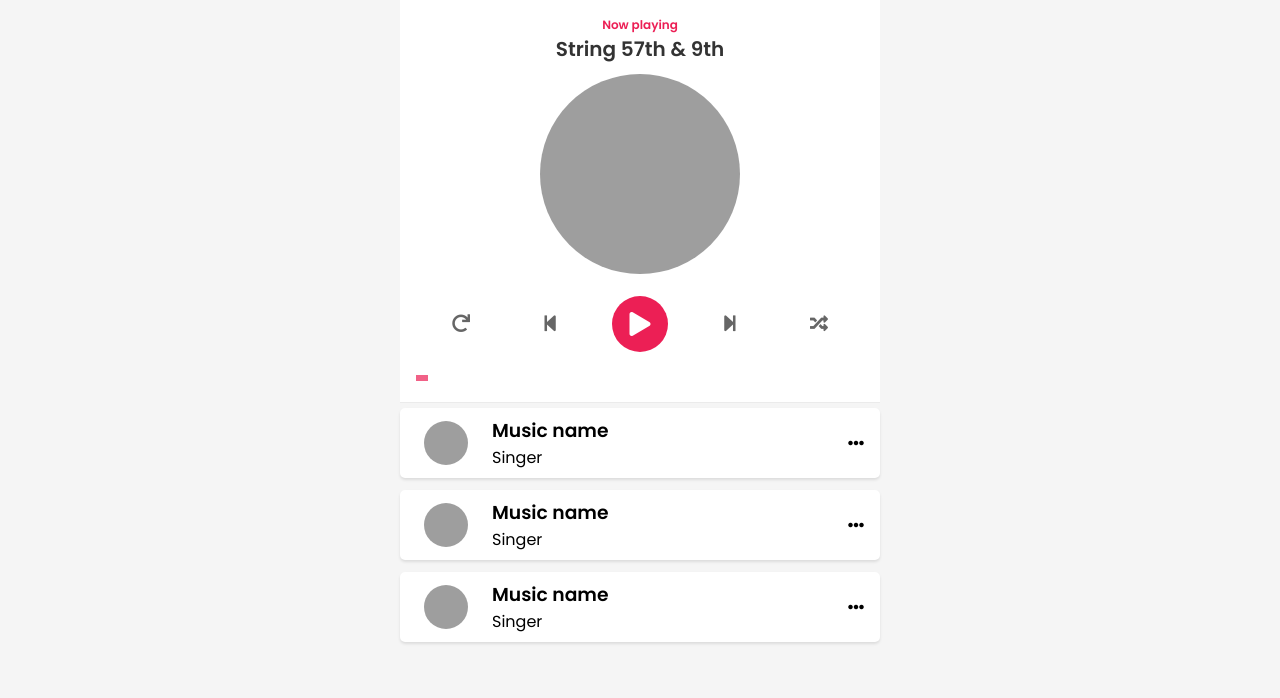
Repository: NBlue/Music_Player
Page: index.html
An editor plug-in stored every save of this project. The page is shown before and after the next save, followed by the edit.
The browser window is 1280 px wide. The pictures show the whole page.
Pictures or frames that could not be fetched are drawn as grey boxes.

Above is the page before, as saved 2021-10-12 23:22:54.

### index.html
<!DOCTYPE html>
<html lang="en">
    <head>
        <meta charset="UTF-8" />
        <meta http-equiv="X-UA-Compatible" content="IE=edge" />
        <meta name="viewport" content="width=device-width, initial-scale=1.0" />
        <title>Music player</title>
        <link
            rel="stylesheet"
            href="https://cdnjs.cloudflare.com/ajax/libs/font-awesome/5.15.2/css/all.min.css"
            integrity="sha512-HK5fgLBL+xu6dm/Ii3z4xhlSUyZgTT9tuc/hSrtw6uzJOvgRr2a9jyxxT1ely+B+xFAmJKVSTbpM/CuL7qxO8w=="
            crossorigin="anonymous"
        />
        <link rel="preconnect" href="https://fonts.gstatic.com" />
        <link
            href="https://fonts.googleapis.com/css2?family=Poppins:wght@300;400;600&display=swap"
            rel="stylesheet"
        />

        <link rel="stylesheet" href="./assets/css/style.css" />
    </head>
    <body>
        <div class="player">
            <!-- Dashboard - Bảng điều khiển -->
            <div class="dashboard">
                <!-- Header -->
                <header>
                    <h4>Now playing</h4>
                    <h2>String 57th & 9th</h2>
                </header>

                <!-- CD -->
                <div class="cd">
                    <div
                        class="cd-thumb"
                        style="
                            background-image: url(https://i.ytimg.com/vi/jTLhQf5KJSc/maxresdefault.jpg);
                        "
                    ></div>
                </div>

                <!-- Control -->
                <div class="control">
                    <div class="btn btn-repeat">
                        <i class="fas fa-redo"></i>
                    </div>
                    <div class="btn btn-prev">
                        <i class="fas fa-step-backward"></i>
                    </div>
                    <div class="btn btn-toggle-play">
                        <i class="fas fa-pause icon-pause"></i>
                        <i class="fas fa-play icon-play"></i>
                    </div>
                    <div class="btn btn-next">
                        <i class="fas fa-step-forward"></i>
                    </div>
                    <div class="btn btn-random">
                        <i class="fas fa-random"></i>
                    </div>
                </div>

                <input
                    type="range"
                    id="progress"
                    class="progress"
                    value="0"
                    step="1"
                    min="0"
                    max="100"
                />

                <audio src="" id="audio"></audio>
            </div>

            <!-- Playlist -->
            <div class="playlist">
                <div class="song">
                    <div
                        class="thumb"
                        style="
                            background-image: url(https://i.ytimg.com/vi/jTLhQf5KJSc/maxresdefault.jpg);
                        "
                    ></div>
                    <div class="body">
                        <h3 class="title">Music name</h3>
                        <p class="author">Singer</p>
                    </div>
                    <div class="option">
                        <i class="fas fa-ellipsis-h"></i>
                    </div>
                </div>
                <div class="song">
                    <div
                        class="thumb"
                        style="
                            background-image: url(https://i.ytimg.com/vi/jTLhQf5KJSc/maxresdefault.jpg);
                        "
                    ></div>
                    <div class="body">
                        <h3 class="title">Music name</h3>
                        <p class="author">Singer</p>
                    </div>
                    <div class="option">
                        <i class="fas fa-ellipsis-h"></i>
                    </div>
                </div>
                <div class="song">
                    <div
                        class="thumb"
                        style="
                            background-image: url(https://i.ytimg.com/vi/jTLhQf5KJSc/maxresdefault.jpg);
                        "
                    ></div>
                    <div class="body">
                        <h3 class="title">Music name</h3>
                        <p class="author">Singer</p>
                    </div>
                    <div class="option">
                        <i class="fas fa-ellipsis-h"></i>
                    </div>
                </div>
            </div>
        </div>
    </body>
</html>

### assets/css/style.css
:root {
    --primary-color: #ec1f55;
    --text-color: #333;
}

* {
    padding: 0;
    margin: 0;
    box-sizing: inherit;
}

body {
    background-color: #f5f5f5;
}

html {
    box-sizing: border-box;
    font-family: "Poppins", sans-serif;
}

.player {
    position: relative;
    max-width: 480px;
    margin: 0 auto;
}

.player .icon-pause {
    display: none;
}

.player.playing .icon-pause {
    display: inline-block;
}

.player.playing .icon-play {
    display: none;
}

.dashboard {
    padding: 16px 16px 14px;
    background-color: #fff;
    position: fixed;
    top: 0;
    width: 100%;
    max-width: 480px;
    border-bottom: 1px solid #ebebeb;
}

/* HEADER */
header {
    text-align: center;
    margin-bottom: 10px;
}

header h4 {
    color: var(--primary-color);
    font-size: 12px;
}

header h2 {
    color: var(--text-color);
    font-size: 20px;
}

/* CD */
.cd {
    display: flex;
    margin: auto;
    width: 200px;
}

.cd-thumb {
    width: 100%;
    padding-bottom: 100%;
    border-radius: 50%;
    background-color: #333;
    background-size: cover;
    margin: auto;
}

/* CONTROL */
.control {
    display: flex;
    align-items: center;
    justify-content: space-around;
    padding: 18px 0 8px 0;
}

.control .btn {
    color: #666;
    padding: 18px;
    font-size: 18px;
}

.control .btn.active {
    color: var(--primary-color);
}

.control .btn-toggle-play {
    width: 56px;
    height: 56px;
    border-radius: 50%;
    font-size: 24px;
    color: #fff;
    display: flex;
    align-items: center;
    justify-content: center;
    background-color: var(--primary-color);
}

.progress {
    width: 100%;
    height: 6px;
    -webkit-appearance: none; /*ẩn cái thanh process*/
    background: color #d3d3d3;
    outline: none;
    opacity: 0.7;
    -webkit-transition: 0.2s;
    transition: opacity 0.2s;
}

.progress::-webkit-slider-thumb {
    /* Css cho cái nút tròn tròn thành hình khác: thumb - ngón tay*/
    -webkit-appearance: none;
    appearance: none;
    width: 12px;
    height: 6px;
    background-color: var(--primary-color);
    cursor: pointer;
}

/* PLAYLIST */
.playlist {
    margin-top: 408px; /* Vì cái dashbroad được fixed nên nó chồi lên trên*/
}

.song {
    display: flex;
    align-items: center;
    margin-bottom: 12px;
    background-color: #fff;
    padding: 8px 16px;
    border-radius: 5px;
    box-shadow: 0 2px 3px rgba(0, 0, 0, 0.1);
}
.song.active {
    background-color: var(--primary-color);
}

.song:active {
    opacity: 0.8;
}

.song.active .option,
.song.active .author,
.song.active .title {
    color: #fff;
}
.song .thumb {
    width: 44px;
    height: 44px;
    border-radius: 50%;
    background-size: cover;
    margin: 0 8px;
}

.song .body {
    flex: 1;
    padding: 0 16px;
}
.title {
}
.author {
}
.option {
}
.fa-ellipsis-h {
}
.btn.btn-repeat {
}
.fas.fa-redo {
}
.btn.btn-prev {
}
.fas.fa-step-backward {
}
.btn.btn-toggle-play {
}
.fas.fa-pause.icon-pause {
}
.fas.fa-play.icon-play {
}
.btn.btn-next {
}
.fas.fa-step-forward {
}
.btn.btn-random {
}
.fas.fa-random {
}
.fas.fa-ellipsis-h {
}

After the next save:
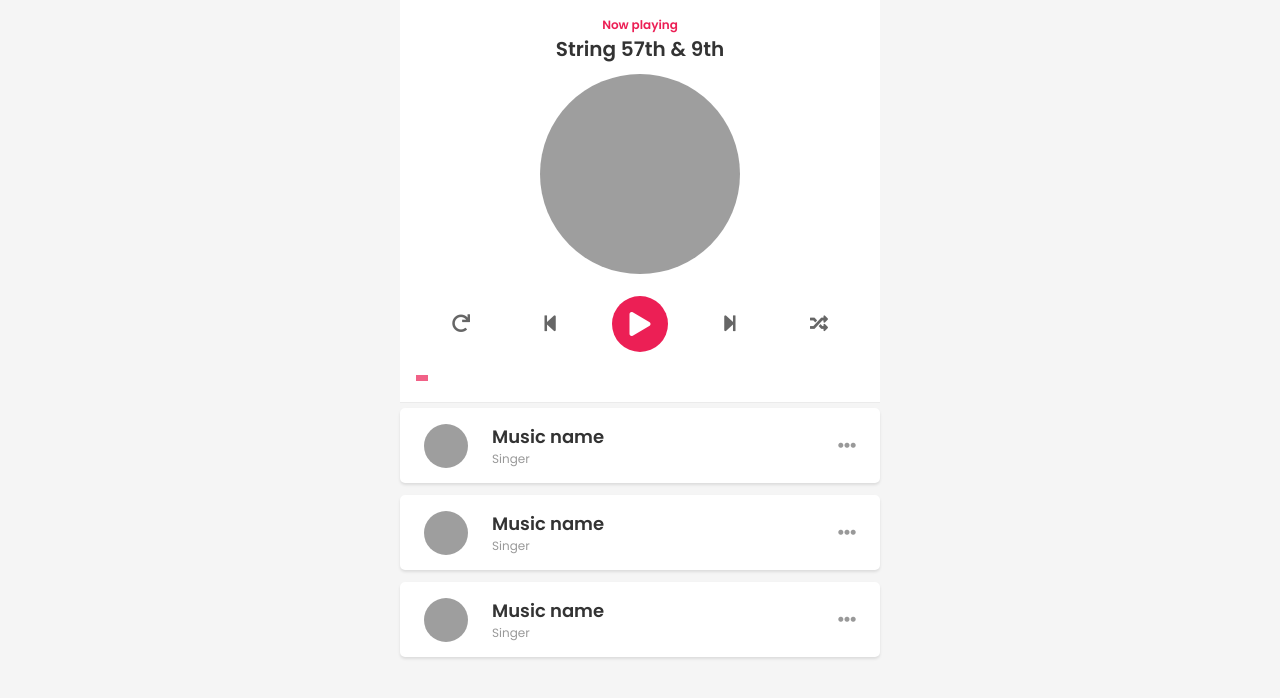
Saved 2 min 47 s later.
--- a/assets/css/style.css
+++ b/assets/css/style.css
@@ -168,35 +168,19 @@ header h2 {
     flex: 1;
     padding: 0 16px;
 }
+
 .title {
+    font-size: 18px;
+    color: var(--text-color);
 }
-.author {
+
+.song .author {
+    font-size: 12px;
+    color: #999;
 }
-.option {
+
+.song .option {
+    padding: 16px 8px;
+    color: #999;
+    font-size: 18px;
 }
-.fa-ellipsis-h {
-}
-.btn.btn-repeat {
-}
-.fas.fa-redo {
-}
-.btn.btn-prev {
-}
-.fas.fa-step-backward {
-}
-.btn.btn-toggle-play {
-}
-.fas.fa-pause.icon-pause {
-}
-.fas.fa-play.icon-play {
-}
-.btn.btn-next {
-}
-.fas.fa-step-forward {
-}
-.btn.btn-random {
-}
-.fas.fa-random {
-}
-.fas.fa-ellipsis-h {
-}
